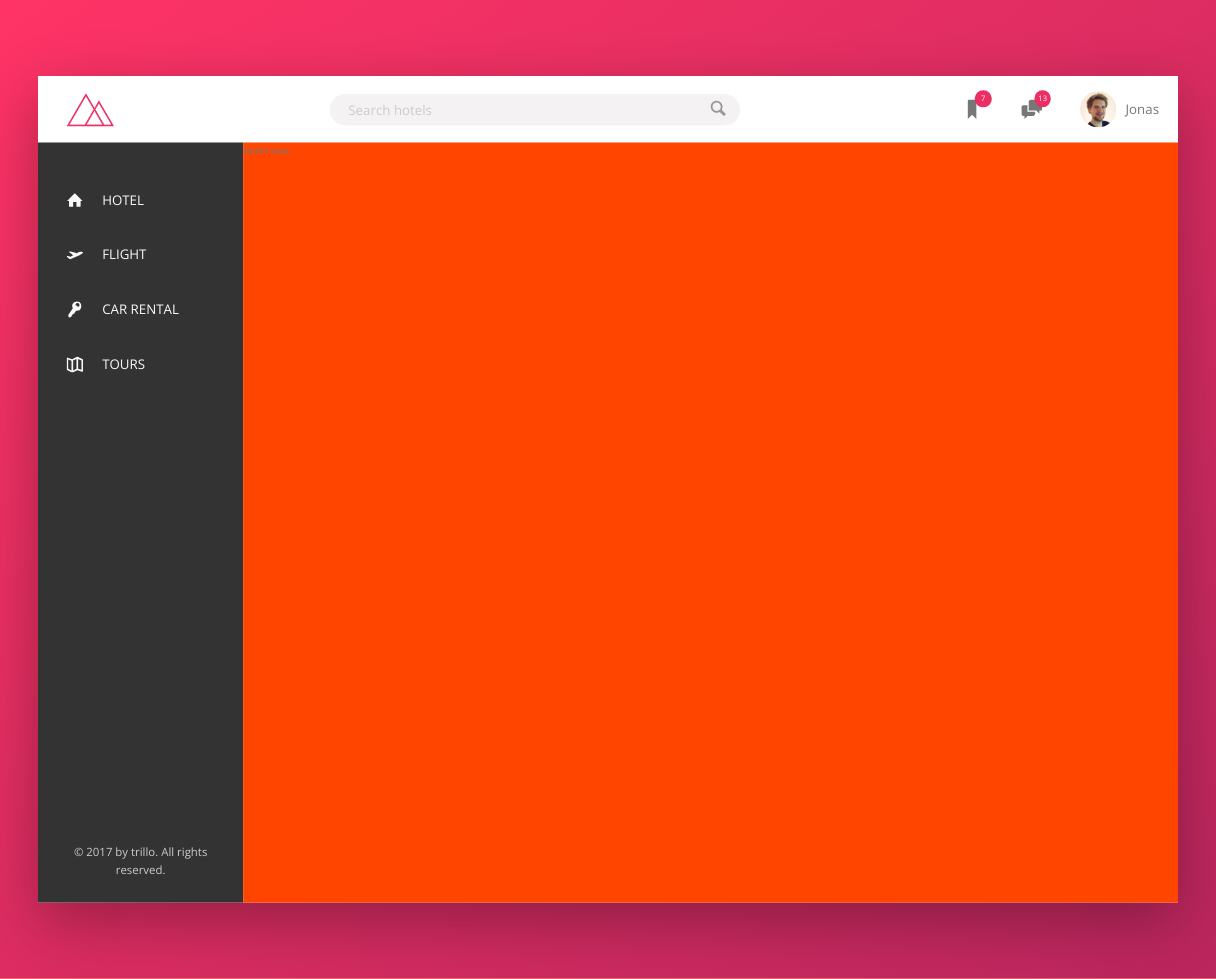
Repository: MalgorzataMazur/Trillo
Page: index.html
The author's editor kept a copy of each file at every save. The page is drawn from the files as they stood at one save, then again after the next save.
The browser window is 1280 px wide. The pictures show the whole page, at 95% of full size.
The style sheet was rebuilt from its Sass, Less or Tailwind sources for each picture, by a compiler version that may differ from the author's.

Above is the page before, as saved 2020-03-26 20:09:52.

### index.html
<!DOCTYPE html>
<html lang="en">
    <head>
        <meta charset="UTF-8">
        <meta name="viewport" content="width=device-width, initial-scale=1.0">

        <link href="https://fonts.googleapis.com/css?family=Open+Sans:300,400,600" rel="stylesheet">
        <link rel="stylesheet" href="css/style.css">
        <link rel="shortcut icon" type="image/png" href="img/favicon.png">

        <title>trillo &mdash; Your all-in-one booking app</title>
    </head>
    <body>
        <div class="container">
            <header class="header">
                <img src="img/logo.png" alt="trillo logo" class="logo">

                <form action="#" class="search">
                    <input type="text" class="search__input" placeholder="Search hotels">
                    <button class="search__button">
                        <svg class="search__icon">
                            <use xlink:href="img/sprite.svg#icon-magnifying-glass"></use> <!--include svg -->
                        </svg>
                    </button>
                </form>

                <nav class="user-nav">
                    <div class="user-nav__icon-box">
                        <svg class="user-nav__icon">
                            <use xlink:href="img/sprite.svg#icon-bookmark"></use>
                        </svg>
                        <span class="user-nav__notification">7</span>
                    </div>
                    <div class="user-nav__icon-box">
                        <svg class="user-nav__icon">
                            <use xlink:href="img/sprite.svg#icon-chat"></use>
                        </svg>
                        <span class="user-nav__notification">13</span>
                    </div>
                    <div class="user-nav__user">
                        <img src="img/user.jpg" alt="User photo" class="user-nav__user-photo">
                        <span class="user-nav__user-name">Jonas</span>
                    </div>
                </nav>
            </header>
            <div class="content">
                <nav class="sidebar">
                    <ul class="side-nav">
                        <li class="side-nav__item side-nav__item--active">
                            <a href="#" class="side-nav__link">
                                <svg class="side-nav__icon">
                                    <use xlink:href="img/sprite.svg#icon-home"></use>
                                </svg>
                                <span>Hotel</span>
                            </a>
                        </li>
                        <li class="side-nav__item">
                            <a href="#" class="side-nav__link">
                                <svg class="side-nav__icon">
                                    <use xlink:href="img/sprite.svg#icon-aircraft-take-off"></use>
                                </svg>
                                <span>Flight</span>
                            </a>
                        </li>
                        <li class="side-nav__item">
                            <a href="#" class="side-nav__link">
                                <svg class="side-nav__icon">
                                    <use xlink:href="img/sprite.svg#icon-key"></use>
                                </svg>
                                <span>Car rental</span>
                            </a>
                        </li>
                        <li class="side-nav__item">
                            <a href="#" class="side-nav__link">
                                <svg class="side-nav__icon">
                                    <use xlink:href="img/sprite.svg#icon-map"></use>
                                </svg>
                                <span>Tours</span>
                            </a>
                        </li>
                    </ul>

                    <div class="legal">
                        &copy; 2017 by trillo. All rights reserved. <!-- html entity -->
                    </div>
                </nav>
                <main class="hotel-view">
                    Hotel view
                </main>
            </div>

        </div>
    </body>
</html>

### sass/_base.scss
//variable will be avuialable for entire documents here, global parent of elelemnt
:root { //root pseudoclass the same like ktml but higher specifity //css custom proiperties variables I use here define in declaration bloxk remember
    --color-primary: #eb2f64;
    --color-primary-light: #FF3366;
    --color-primary-dark: #BA265D;

    --color-grey-light-1: #faf9f9;
    --color-grey-light-2: #f4f2f2;
    --color-grey-light-3: #f0eeee;
    --color-grey-light-4: #ccc;

    --color-grey-dark-1: #333;
    --color-grey-dark-2: #777;
    --color-grey-dark-3: #999;

    --shadow-dark: 0 2rem 6rem rgba(0,0,0,.3);

}

* { //first global settings *,htm, body
    margin: 0;
    padding: 0;
}

*,
*::before,
*::after {
    box-sizing: inherit;
}

html {
    box-sizing: border-box;
    font-size: 62.5%; //1rem = 10px, 10px/16px = 62.5%
}

body {
    font-family: 'Open Sans', sans-serif;
    font-weight: 400;
    line-height: 1.6;
    color: var(--color-grey-dark-2);
    background-image: linear-gradient(to right bottom, var(--color-primary-light), var(--color-primary-dark)); //gradient from the left top cornet to right bottom corner
    background-size: cover;
    background-repeat: no-repeat; //default is repeat in css

    min-height: 100vh; //min height but if height can be bigger than that will be simply bigger
}

### sass/_layout.scss
.container {
    max-width: 120rem; //container can decrease if hasn't got enough enough space to display our 120rem,;inaczej 1200px i jesli mniej to zajmie 100% szerokosci portu
    margin: 8rem auto;
    background-color: var(--color-grey-light-1);
    box-shadow: var(--shadow-dark);

    min-height: 50rem;
}

.header {
    font-size: 1.4rem;
    height: 7rem;
    background-color: #fff;
    border-bottom: var(--color-grey-light-2);

    display: flex; //cause it is parent element
    justify-content: space-between; // divide empty space between 3 elements
    align-items: center; //wzdłuż osi poprzecznej center
}

.content {
    display: flex;
}

.sidebar {
    background-color: var(--color-grey-dark-1);

    flex: 0 0 18%; //don't want to grow & shrink & we want 18% of width; automatic wil be

    display: flex;
    flex-direction: column; //change the direction of the main axis from left to right to top to bottom
    justify-content: space-between;
}

.hotel-view {
    background-color: #fff;
    ////test
    background-color: orangered;
    height: 80rem;

    flex: 1; //by using flex 1 element should grow as much as that can; na tyle ile ma przestrzeni
}

### sass/_components.scss
/////////////////////////////////
////LOGO
.logo {
    height: 3.5rem;
    margin-left: 3rem;
}



/////////////////////////////////
////SEARCH
.search {
    flex: 0 0 40%; //grow shrink occupy

    display: flex;//flex item is becoming flex container,; we center loop icon btn
    align-items: center; //center elem along the cross axis
    justify-content: center; //center elem along the main axis

    &__input {
        font-family: inherit;
        font-size: inherit;
        color: inherit;
        background-color: var(--color-grey-light-2);
        border: none;
        border-radius: 100px;
        padding: .7rem 2rem;
        width: 90%;
        transition: all .2s;
        margin-right: -3.25rem; //this way the btn move on top of input

        &:focus {
            outline: none;
            width: 100%;
            background-color: var(--color-grey-light-3);
        }

        &::-webkit-input-placeholder {
            font-weight: 100;
            color: var(--color-grey-light-4);
        }
    }

    &__input:focus + &__button { //sibling, adjust element; the same backgr color
        background-color: var(--color-grey-light-3);
    }

    &__button {
        border: none;
        background-color: var(--color-grey-light-2);

        &:focus {
            outline: none;
        }

        &:active {
            transform: translate(2px);
        }
    }

    &__icon {
        height: 2rem;
        width: 2rem;
        fill: var(--color-grey-dark-3);
}
}



/////////////////////////////////
////USER NAVIGATION
.user-nav {
    align-self: stretch; //żeby one sie rozciagaly, is like align items but for one individual item; ovverite in header align item center

    display: flex; //flex item on the sam etime is flex container
    align-items: center;

    & > * {
        padding: 0 2rem;
        cursor: pointer;
        display: flex;
        height: 100%;
        align-items: center; //when we hoover thy arent on the top; vertical align
   }

    & > *:hover {
        background-color: var(--color-grey-light-2);
    }

    &__icon-box {
        position: relative;
    }

    &__icon {
        height: 2.25rem;
        width: 2.25rem;
        fill: var(--color-grey-dark-2);
    }

    &__notification {
        font-size: .8rem;
        height: 1.75rem;
        width: 1.75rem;
        border-radius: 50%;
        background-color: var(--color-primary);
        color: #fff;
        position: absolute; //parent elememnt is iconbox relative
        top: 1.5rem;
        right: 1.1rem;

        display: flex;
        justify-content: center;
        align-items: center;
    }

    &__user-photo {
        height: 3.75rem;
        border-radius: 50%;
        margin-right: 1rem;
    }
}



/////////////////////////////////
////SIDE NAVIGATION
.side-nav {
    font-size: 1.4rem;
    list-style: none;
    margin-top: 3.5rem;

    &__item {
        position: relative;

        &:not(:last-child) { //all the items except the last one
            margin-bottom: .5rem;
        }
    }

    &__item::before { //line becpmes invisible which then expands to the right side
        content: "";
        position: absolute;
        top: 0;
        left: 0;
        height: 100%;
        width: 3px;
        background-color: var(--color-primary);
        transform: scaleY(0); //normal state without any hover
        transition: transform .2s, //first transform ghappens during .2s & we wait this time .2s until we start transitioning the width .4s
                    width .4s cubic-bezier(1,0,0,1) .2s;
    }

    &__item:hover::before,
    &__item--active {
        transform: scaleY(1); //only occurs Y direction from top to bottom
        width: 100%;
    }

    &__link:link,
    &__link:visited {
        color: var(--color-grey-light-1);
        text-decoration: none;
        text-transform: uppercase;
        display: block;
        padding: 1.5rem 3rem;
        position: relative; //on top of the before elem after hover

        display: flex;
        align-items: center; //ikony równo z napisem z listy
    }

    &__icon {
        width: 1.75rem;
        height: 1.75rem;
        margin-right: 2rem;
        fill: currentColor; //means color ofthe current elelemnt or the parent element
    }
}



/////////////////////////////////
////LEGAL TEXT
.legal {
    font-size: 1.2rem;
    color: var(--color-grey-light-4);
    text-align: center;
    padding: 2.5rem;
}

Loaded but not shown: sass/main.scss (common file)

After the next save:
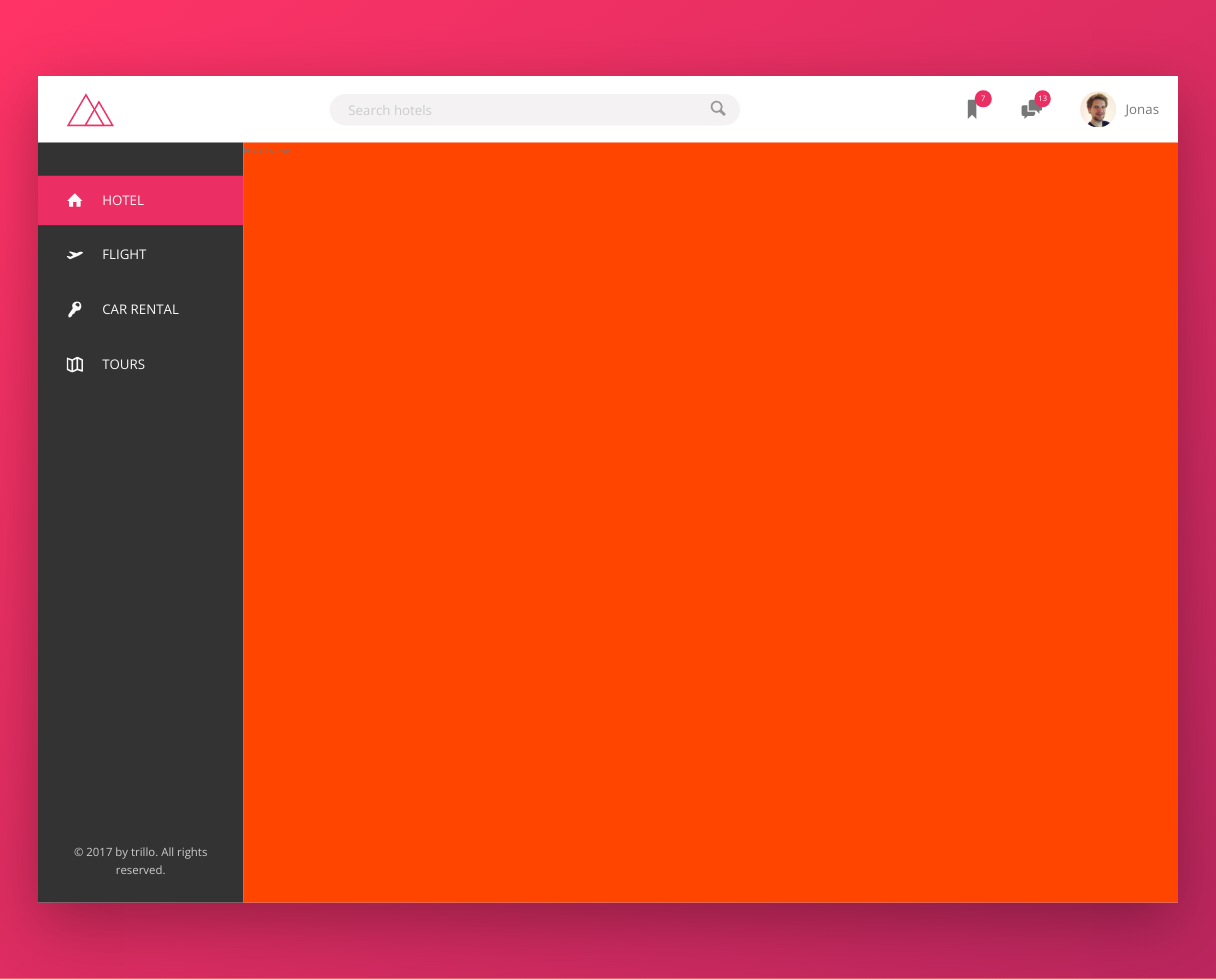
Saved 16 s later.
--- a/sass/_components.scss
+++ b/sass/_components.scss
@@ -150,7 +150,7 @@
     }
 
     &__item:hover::before,
-    &__item--active {
+    &__item--active::before {
         transform: scaleY(1); //only occurs Y direction from top to bottom
         width: 100%;
     }
